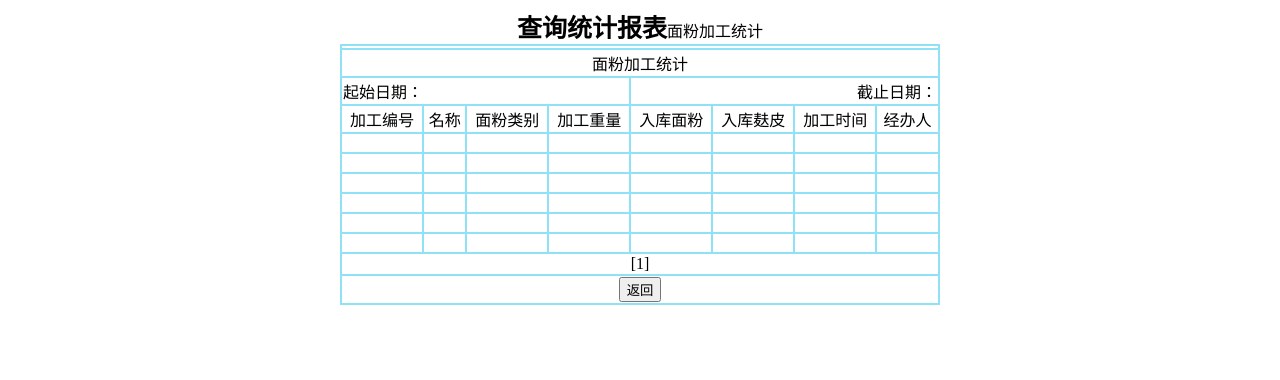
Repository: yuxingyan/OneCrewFlour
Page: http://localhost/Flour/showuse.jsp
These files come from the project's save history. The page is drawn as it stood at one moment and after the next save; the edit follows.
The browser window is 1280 px wide. The pictures show the whole page.
The page is served by Tomcat 9. Nobody is signed in. The application's start-up code is not run.

Above is the page before, as saved 2018-01-11 07:21:40.

After the next save:
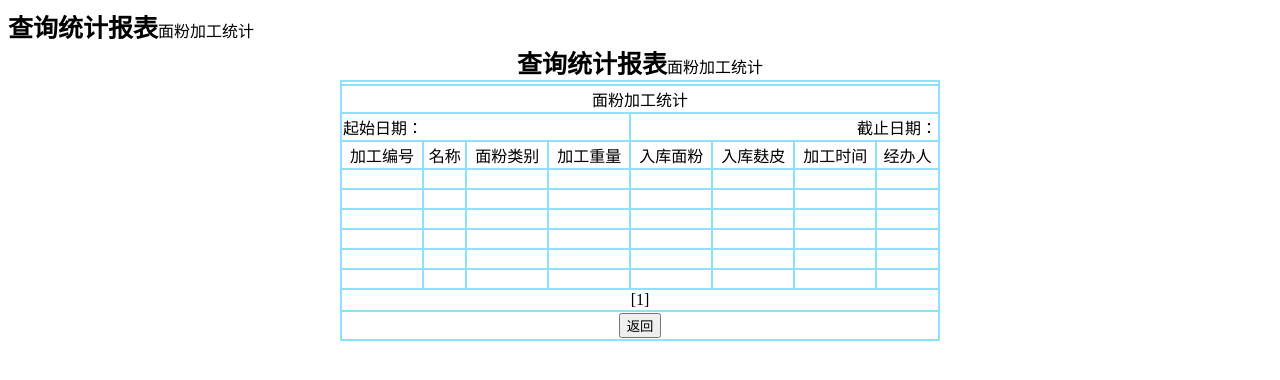
Saved 6 s later.
--- a/Flour/WebRoot/showuse.jsp
+++ b/Flour/WebRoot/showuse.jsp
@@ -22,7 +22,7 @@ String basePath = request.getScheme()+"://"+request.getServerName()+":"+request.
 
   </head>
 
-  <body>
+  <body>     <strong style="font-size:25px">查询统计报表</strong>面粉加工统计
      <center>
     <form name="面粉加工统计" action="" method="post">
     <strong style="font-size:25px">查询统计报表</strong>面粉加工统计
